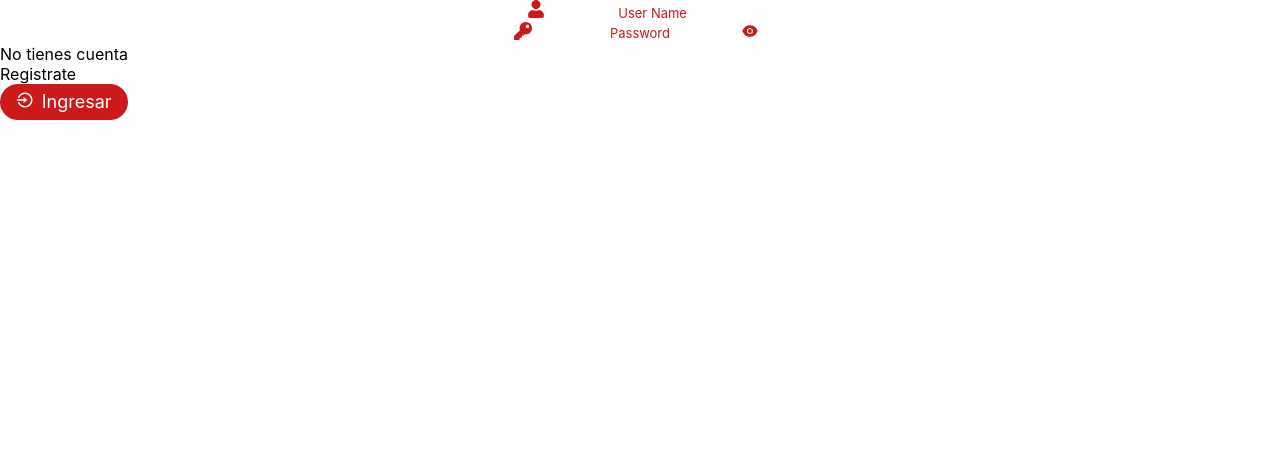
Repository: Davic1o/FrontendMunicipio
Page: /
An editor plug-in stored every save of this project. The page is shown before and after the next save, followed by the edit.
The browser window is 1280 px wide. The pictures show the whole page.
The project was rebuilt for these pictures with package versions that can differ from the ones it lists, and the page was loaded fresh each time.

Above is the page before, as saved 2024-02-21 17:53:20.

After the next save:
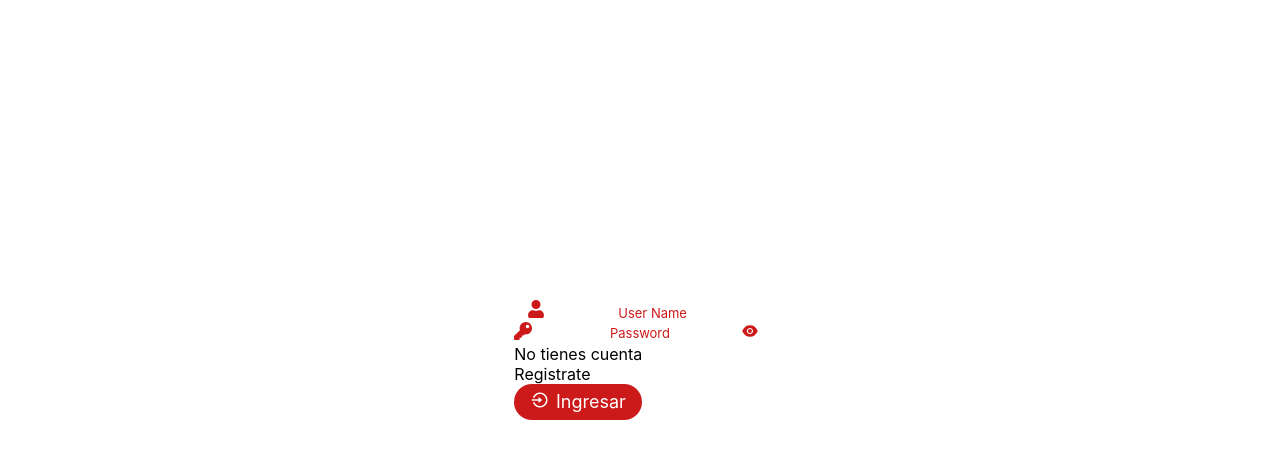
Saved 2 min 8 s later.
--- a/src/pages/login.css
+++ b/src/pages/login.css
@@ -1,3 +1,11 @@
 .login__container{
 
+    background-size: cover;
+    height: 100vh;
+    width: 100vw;
+    box-sizing: border-box;
+    display: flex;
+    align-items: center;
+    justify-content: center;
+    z-index: 0;
 }
